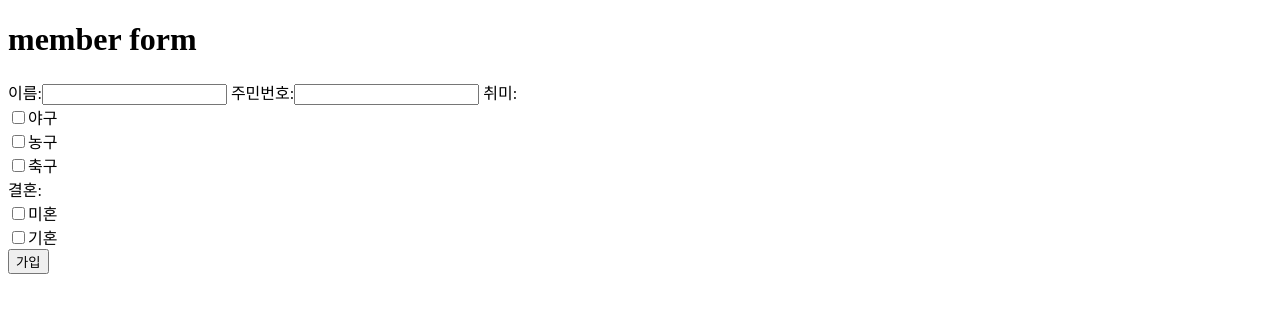
Repository: choicoding1026/Django
Page: django_workshop02/myapp/templates/memberForm.html
An editor plug-in stored every save of this project. The page is shown before and after the next save, followed by the edit.
The browser window is 1280 px wide. The pictures show the whole page.

Above is the page before, as saved 2020-09-24 05:58:36.

### django_workshop02/myapp/templates/memberForm.html
<!DOCTYPE html>
<html>
<head>
<meta charset="UTF-8">
<title>Insert title here</title>
</head>
<body>
<h1>member form</h1>
<form action="/main/memberInfo" method="get">
이름:<input type="text" name="memberName" >
주민번호:<input type="text" name="memberIdn" >
취미:<br>
<input type="checkbox" name="baseball">야구<br>
<input type="checkbox" name="basketball">농구<br>
<input type="checkbox" name="football">축구<br>
결혼:<br>
<input type="checkbox" name="notMarried">미혼<br>
<input type="checkbox" name="married">기혼<br>
<input type="submit" value="가입">
</form>
</body>
</html>

After the next save:
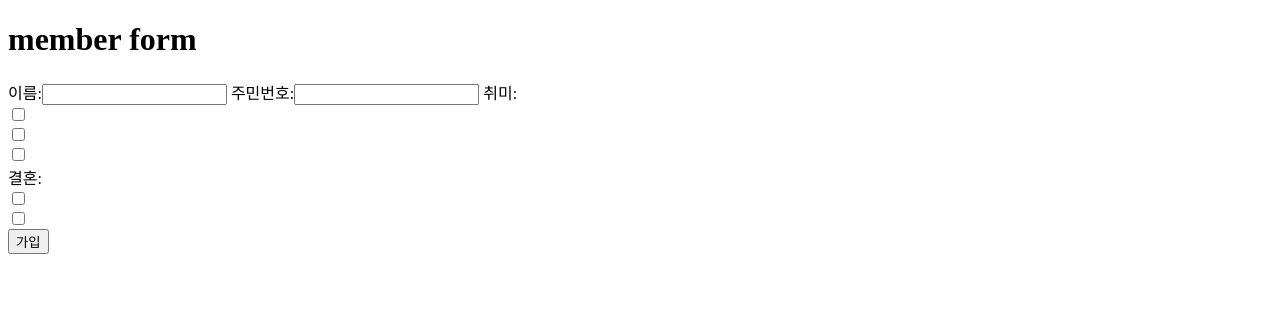
Saved 5 min 29 s later.
--- a/django_workshop02/myapp/templates/memberForm.html
+++ b/django_workshop02/myapp/templates/memberForm.html
@@ -10,12 +10,12 @@
 이름:<input type="text" name="memberName" >
 주민번호:<input type="text" name="memberIdn" >
 취미:<br>
-<input type="checkbox" name="baseball">야구<br>
-<input type="checkbox" name="basketball">농구<br>
-<input type="checkbox" name="football">축구<br>
+<input type="checkbox" name="hobby" value="야구"><br>
+<input type="checkbox" name="hobby" value="농구"><br>
+<input type="checkbox" name="hobby" value="축구"><br>
 결혼:<br>
-<input type="checkbox" name="notMarried">미혼<br>
-<input type="checkbox" name="married">기혼<br>
+<input type="checkbox" name="married" value="미혼"><br>
+<input type="checkbox" name="married" value="기혼"><br>
 <input type="submit" value="가입">
 </form>
 </body>
